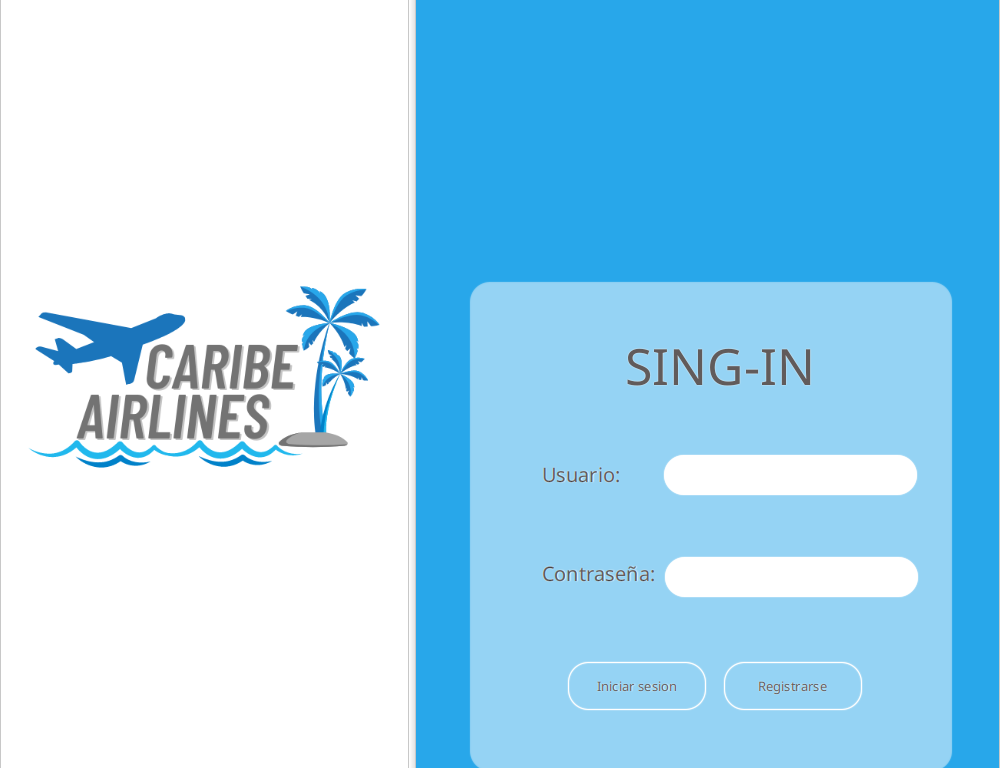
Repository: MiguelNietox/CaribeAirlines
Program's window: java workSpace/co.edu.uniquindio.estructurasDatos.ProyectoFinal/src/co/edu/uniquindio/estructurasDatos/ProyectoFinal/aplication/Aplicacion.java
These files come from the project's save history. The program's window is drawn as it stood at one moment and after the next save; the edit follows.
It runs on Java 21 on a 1366 x 768 screen with JavaFX 11; the title bar is not drawn. Parts beyond the screen are cut off. It also reads workSpace/co.edu.uniquindio.estructurasDatos.ProyectoFinal/src/co/edu/uniquindio.

Above is the program's window before, as saved 2022-04-29 07:08:18.

After the next save:
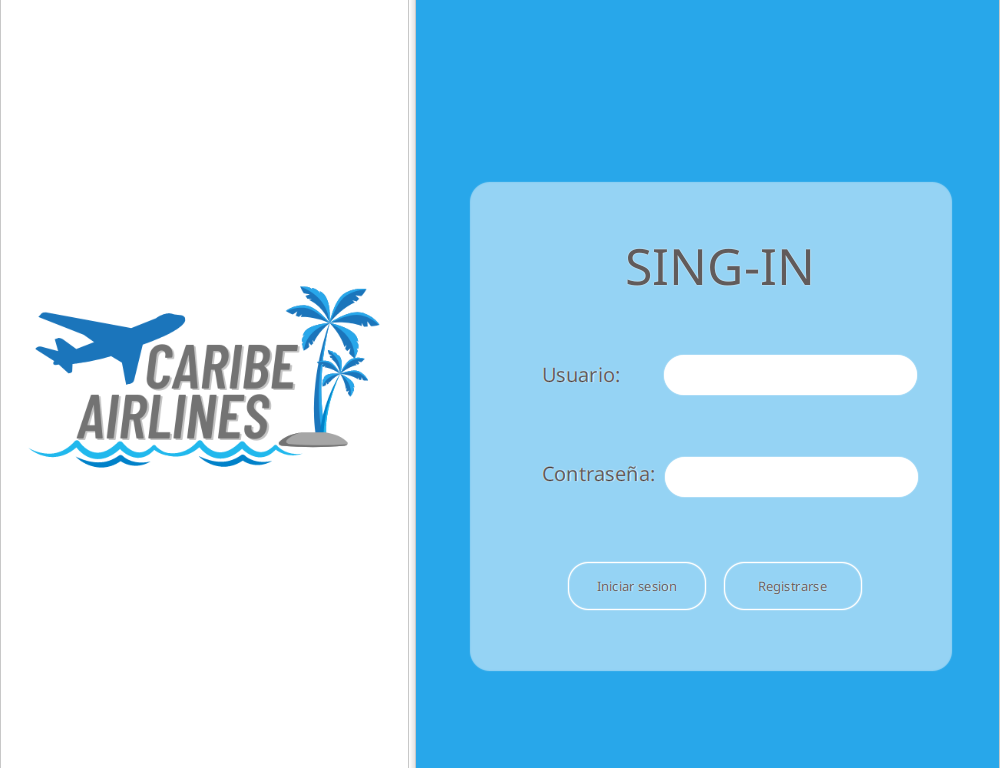
Saved 5 s later.
--- a/workSpace/co.edu.uniquindio.estructurasDatos.ProyectoFinal/src/co/edu/uniquindio/estructurasDatos/ProyectoFinal/controllers/LoginViewController.java
+++ b/workSpace/co.edu.uniquindio.estructurasDatos.ProyectoFinal/src/co/edu/uniquindio/estructurasDatos/ProyectoFinal/controllers/LoginViewController.java
@@ -100,7 +100,7 @@
 	private void mostrarPaneIniciarSesion() {
 		paneIniciarSesion.setVisible(true);
 		paneIniciarSesion.setTranslateX(-2);
-		paneIniciarSesion.setTranslateY(275);
+		paneIniciarSesion.setTranslateY(175);
 		paneRegistro.setVisible(false);
 		aparecerVentanaIniciarSesion();
 	}
